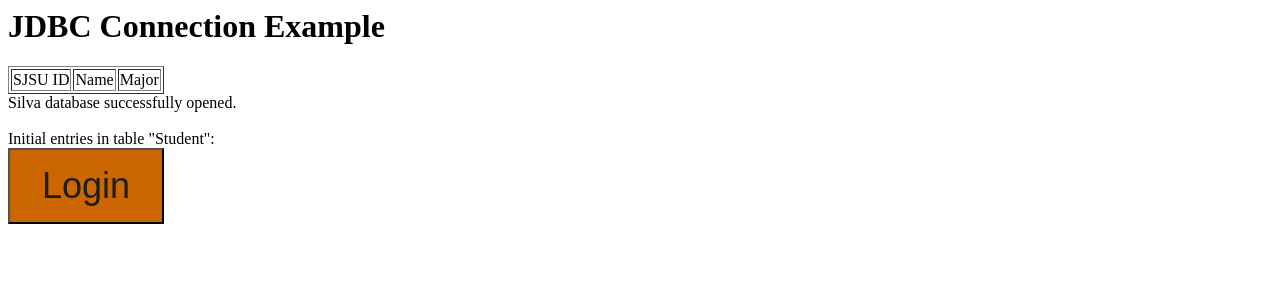
Repository: dannie-su-sjsu/CS157A-team6
Page: http://localhost/ToMovie/JDBCdemo.jsp
An editor plug-in stored every save of this project. The page is shown before and after the next save, followed by the edit.
The browser window is 1280 px wide. The pictures show the whole page.
The page is served by Tomcat 9. Other server files are loaded and not shown. Queries for data that is not in the repository find no rows.

Above is the page before, as saved 2023-07-11 08:13:31.

### ToMovie/src/main/webapp/JDBCdemo.jsp
<%@ page import="java.sql.*"%>
<style><%@include file="/WEB-INF/css/style.css"%></style>
<html>
  <head>
    <title>ToMovie Main Page</title>
  </head>
  <body>
    <h1>JDBC Connection Example</h1>
    <table border="1">
    	<tr>
        <td>SJSU ID</td>
        <td>Name</td>
        <td>Major</td>
    	</tr>
    </table>
    <%
     String db = "Silva";
        String user; // assumes database name is the same as username
          user = "root";
        String password = "Halo4mlg!";
        try {

            java.sql.Connection con;
            Class.forName("com.mysql.jdbc.Driver");
            con = DriverManager.getConnection("jdbc:mysql://localhost:3306/Silva?autoReconnect=true&useSSL=false",user, password);
            out.println(db + " database successfully opened.<br/><br/>");

            out.println("Initial entries in table \"Student\": <br/>");
            Statement stmt = con.createStatement();
            ResultSet rs = stmt.executeQuery("SELECT * FROM Student");
            while (rs.next()) {
                out.println(rs.getInt(1) + "    " + rs.getString(2) + "    " + rs.getString(3) + "<br/><br/>");
            }
            rs.close();
            stmt.close();
            con.close();
        } catch(SQLException e) {
            out.println("SQLException caught: " + e.getMessage());
        }
    %>
  </body>
  <div>
  	<button class="button-container">Login</button>
  </div>
</html>

### ToMovie/src/main/webapp/WEB-INF/css/style.css
@charset "UTF-8";
.button-container {
	background-color: #C60;
	padding: 15px 32px;
  	color: #1E1E1E;
  	text-align: center;
  	font-size: 36px;
}

After the next save:
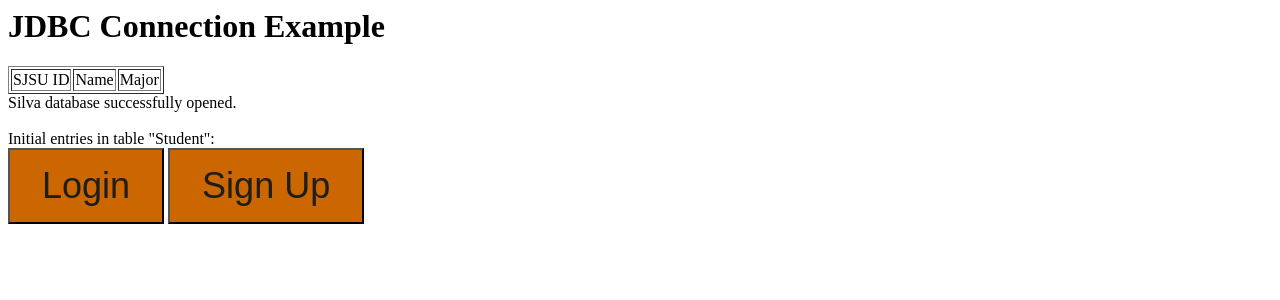
Saved 109 s later.
--- a/ToMovie/src/main/webapp/JDBCdemo.jsp
+++ b/ToMovie/src/main/webapp/JDBCdemo.jsp
@@ -39,7 +39,8 @@
         }
     %>
   </body>
-  <div>
+  <div class="button-flex">
   	<button class="button-container">Login</button>
+  	<button class="button-container">Sign Up</button>
   </div>
 </html>
